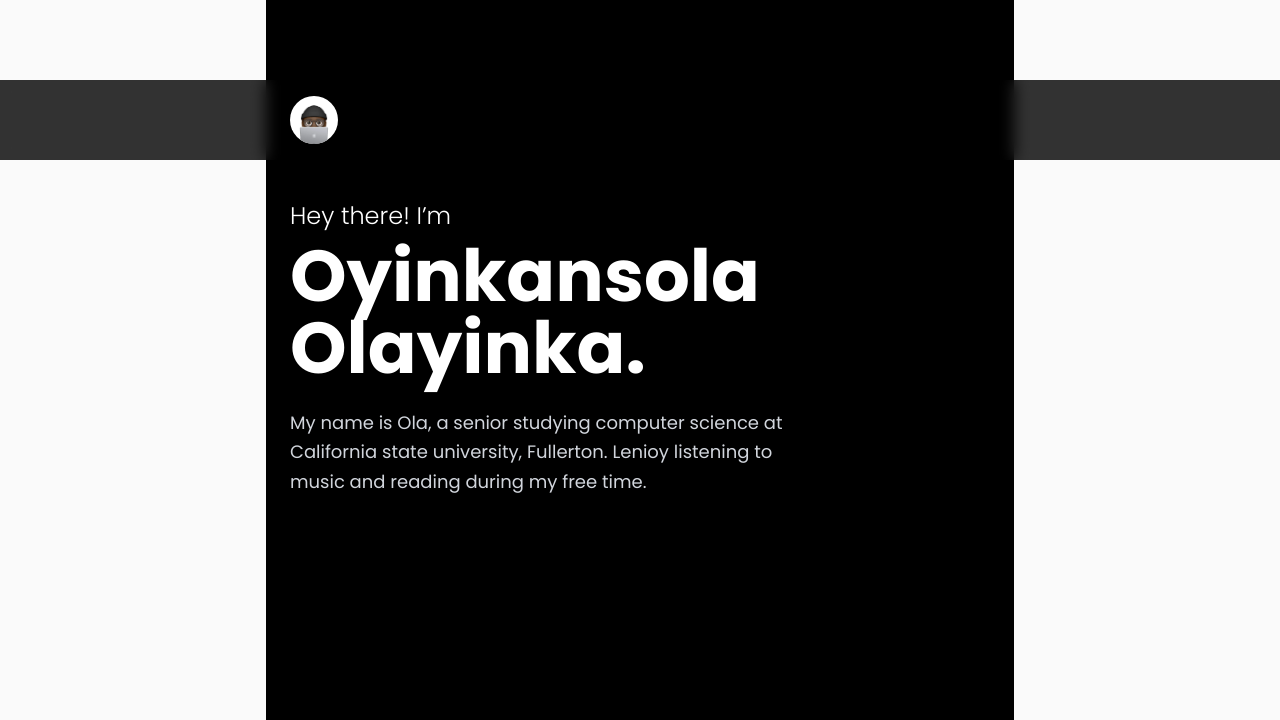
Repository: olasores/olasores-portfolio
Page: /
These files come from the project's save history. The page is drawn as it stood at one moment and after a run of saves; the edit follows.
The browser window is 1280 px wide. The pictures show the whole page.
The project was rebuilt for these pictures with package versions that can differ from the ones it lists, and the page was loaded fresh each time. The framework's server and built-in components were replaced by stand-ins that run in the browser. Also part of the build but not shown: next.config.ts.

Above is the page before, as saved 2025-11-11 12:41:53.

### app/layout.tsx
import type { Metadata } from "next";
import { Poppins } from "next/font/google";
import "./globals.css";
import Navbar from "./components/Navbar";

const poppins = Poppins({
  variable: "--font-poppins",
  weight: ["300", "400", "500", "600", "700"],
  subsets: ["latin"],
});

export const metadata: Metadata = {
  title: "Create Next App",
  description: "Generated by create next app",
};

export default function RootLayout({
  children,
}: Readonly<{
  children: React.ReactNode;
}>) {
  return (
    <html lang="en">
      <body
        className={`${poppins.variable} antialiased`}
      >
        <Navbar />
        {children}
      </body>
    </html>
  );
}

### app/page.tsx
import Image from "next/image";
import HomeSection from "./components/HomeSection";

export default function Home() {
  return (

    <div className="flex min-h-screen items-center justify-center bg-zinc-50 font-sans dark:bg-black">
      <HomeSection />
    </div>
  );
}

### app/globals.css
@import "tailwindcss";

* {
  font-family: 'Poppins', sans-serif;
}

:root {
  --background: #ffffff;
  --foreground: #171717;
}

@media (prefers-color-scheme: dark) {
  :root {
    --background: #0a0a0a;
    --foreground: #ededed;
  }
}

body {
  background: var(--background);
  color: var(--foreground);
}

### app/components/Navbar.tsx
export default function Navbar() {
    return (
        <nav className="fixed top-20 left-0 right-0 bg-black/80 backdrop-blur-sm px-6 py-4 z-50 flex justify-center">
            <div className="max-w-[700px] w-full flex items-center justify-between">
                {/* Logo */}
                <div className="relative w-12 h-12 rounded-full bg-white overflow-hidden flex items-center justify-center">
                    <img
                        src="/assets/olaimg2.webp"
                        alt="Oyinkansola Olayinka Logo"
                        className="w-full h-full object-cover"
                    />
                </div>

                {/* Links */}
                {/* <div className="flex gap-8 text-white">
                    <a href="#" className="hover:text-gray-400 transition">
                        Github ↗
                    </a>
                    <a href="#" className="hover:text-gray-400 transition">
                        linkedin ↗
                    </a>
                    <a href="#" className="hover:text-gray-400 transition">
                        Resume ↗
                    </a>
                </div> */}
            </div>
        </nav>
    );
}

### app/components/HomeSection.tsx


export default function HomeSection() {
    return (
        <div className="flex min-h-screen justify-center bg-black font-sans dark:bg-black px-6 py-5 pt-50">
            <div className="max-w-[700px] w-full flex flex-col gap-12">
                {/* Text content */}
                <div className="flex flex-col gap-6 items-center md:items-start">
                    <div>
                        <h2 className="text-xl md:text-2xl font-light text-white mb-2">
                            Hey there! I&rsquo;m
                        </h2>
                        <h1 className="text-5xl md:text-7xl font-bold text-white">
                            Oyinkansola Olayinka.
                        </h1>
                    </div>

                    <p className="text-base md:text-lg text-gray-300 leading-relaxed max-w-lg">
                        My name is Ola, a senior studying computer science at California state university, Fullerton. Lenioy listening to music and reading during my free time.
                    </p>

                    {/* Links */}
                    {/* <div className="flex gap-6 text-lg md:text-xl text-white">
                        <a href="#" className="hover:text-gray-400 transition">
                            Github ↗
                        </a>
                        <a href="#" className="hover:text-gray-400 transition">
                            linkedin ↗
                        </a>
                        <a href="#" className="hover:text-gray-400 transition">
                            Resume ↗
                        </a>
                    </div> */}
                </div>
            </div>
        </div>
    );
}

After the next 6 saves:
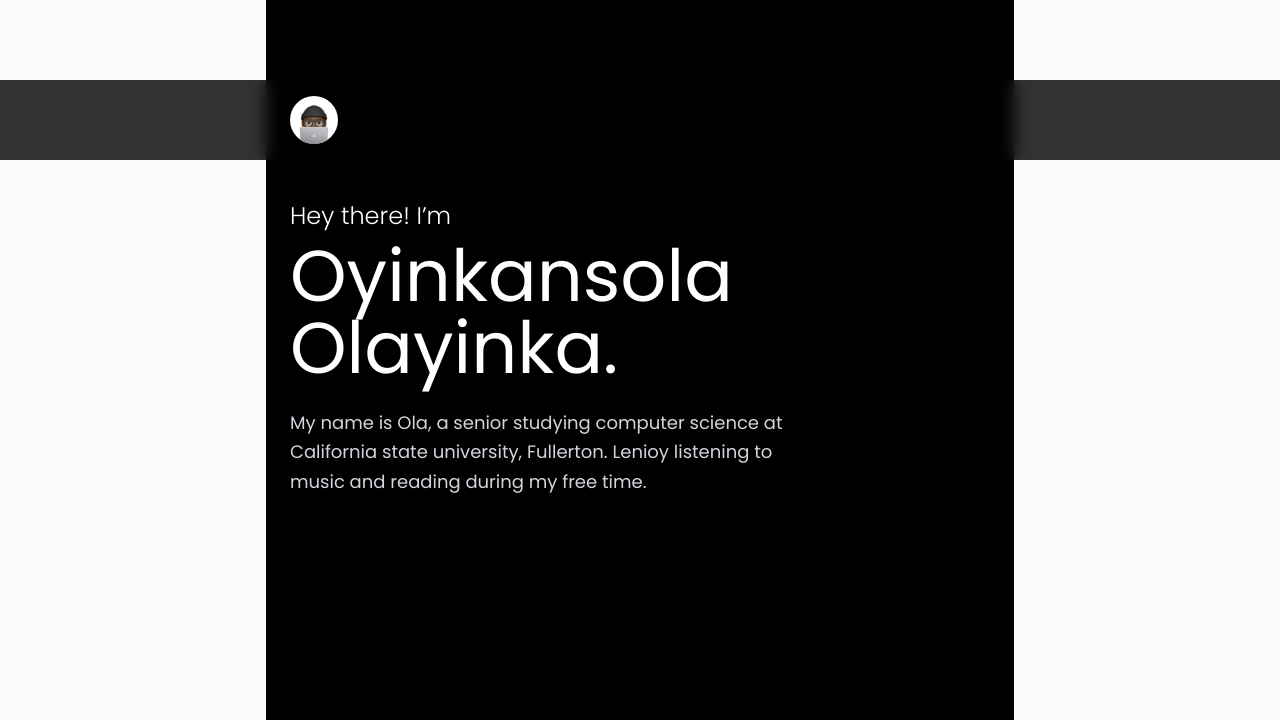
The 6 saves are shown as one change because they came seconds apart.
The last was saved 43 s later.
--- a/app/components/HomeSection.tsx
+++ b/app/components/HomeSection.tsx
@@ -10,7 +10,7 @@ export default function HomeSection() {
                         <h2 className="text-xl md:text-2xl font-light text-white mb-2">
                             Hey there! I&rsquo;m
                         </h2>
-                        <h1 className="text-5xl md:text-7xl font-bold text-white">
+                        <h1 className="text-5xl md:text-7xl f text-white">
                             Oyinkansola Olayinka.
                         </h1>
                     </div>
